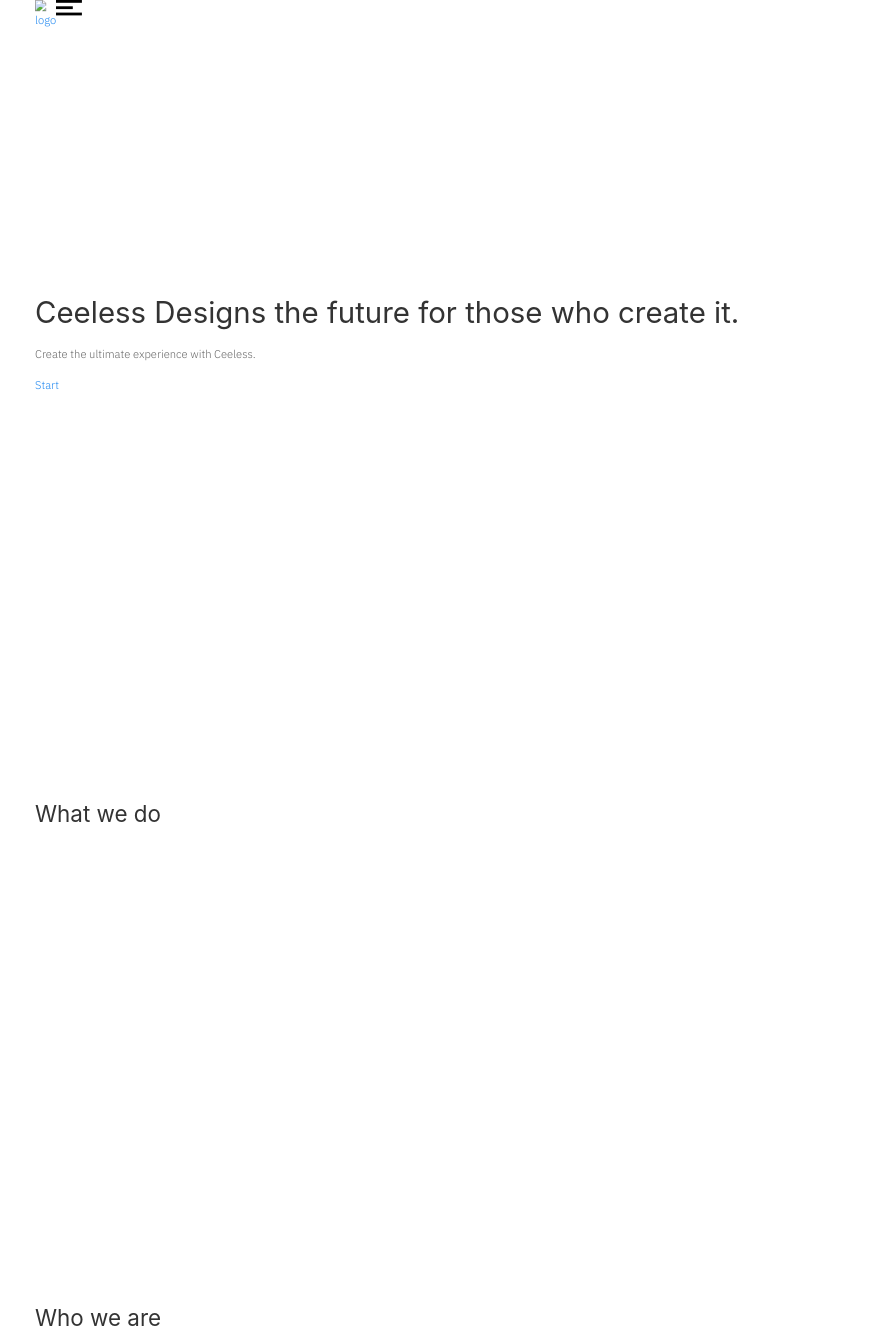
Repository: Licorne-Technologies/Ceeless-v2
Page: index.html
The author's editor kept a copy of each file at every save. The page is drawn from the files as they stood at one save, then again after the next save.
The browser window is 1280 px wide. The pictures show the part of the page from y = 0 to 1920 px (the page is 3352 px tall before and 2957 px after), at 70% of full size.
Some web libraries are served in a nearby version. The style sheet was rebuilt from its Sass, Less or Tailwind sources for each picture, by a compiler version that may differ from the author's.

Above is the page before, as saved 2020-06-15 12:09:05.
Not found: images/photo.jpg

After the next save:
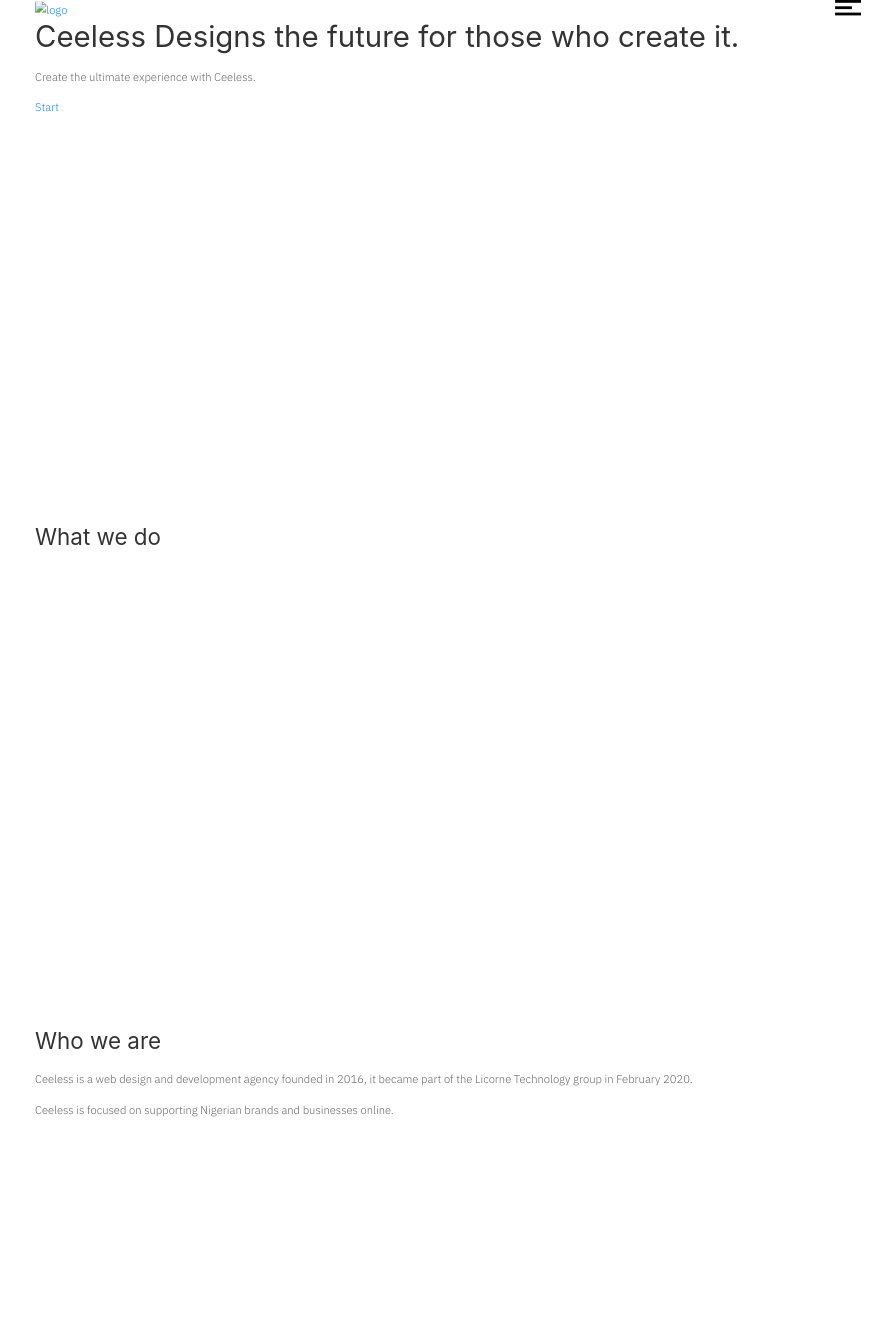
Saved 18 s later.
--- a/index.html
+++ b/index.html
@@ -99,5 +99,9 @@
  <footer class="footer">
      <p>&copy;Ceeless Designs | Licorne Technologies</p>
  </footer>
+
+<!-- UIkit JS -->
+<script src="https://cdn.jsdelivr.net/npm/uikit@3.5.4/dist/js/uikit.min.js"></script>
+<script src="https://cdn.jsdelivr.net/npm/uikit@3.5.4/dist/js/uikit-icons.min.js"></script>
 </body>
 </html>
